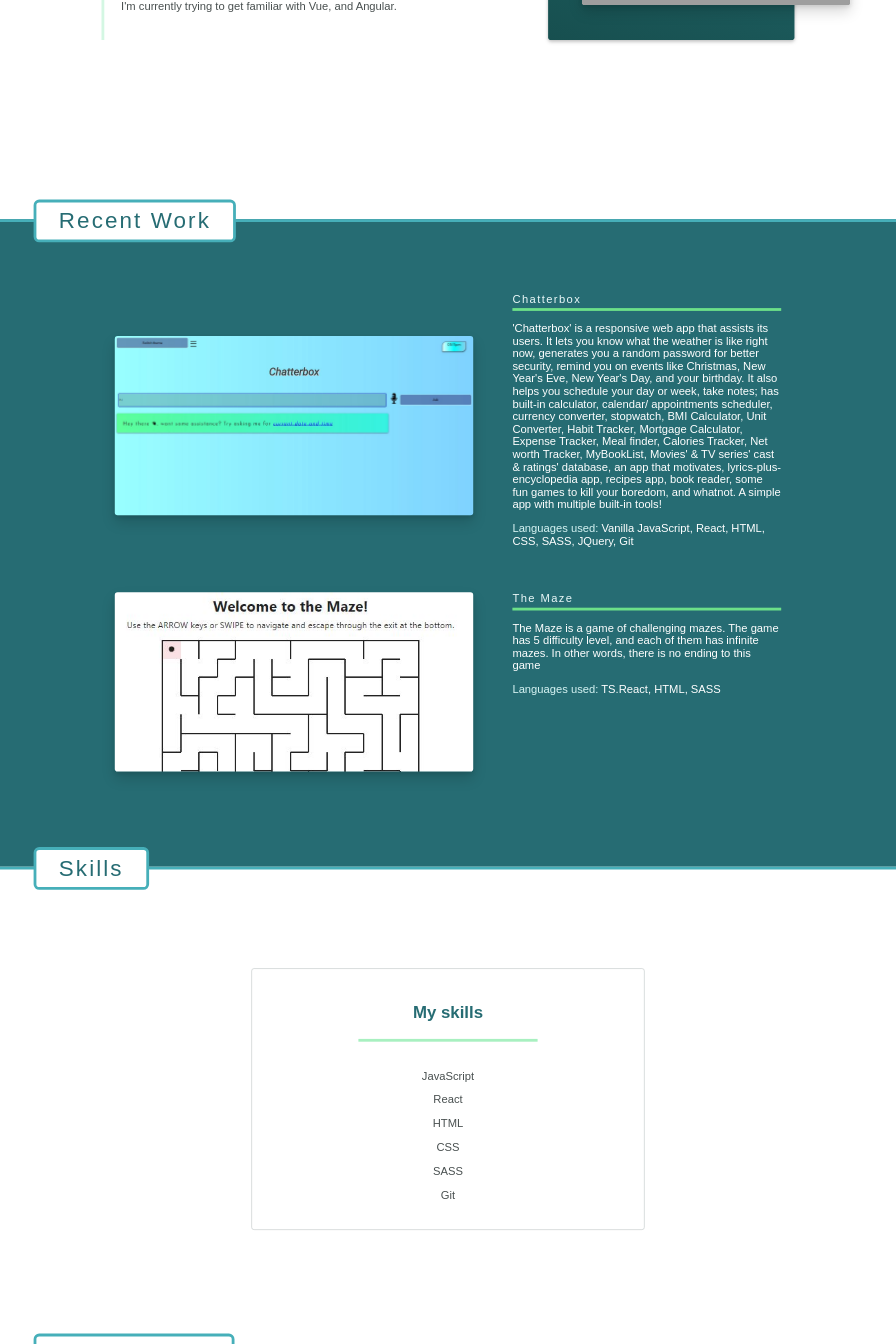
Repository: Abbaskhurram255/port
Page: /
These files come from the project's save history. The page is drawn as it stood at one moment and after the next save; the edit follows.
The browser window is 1280 px wide. The pictures show the part of the page from y = 553 to 2473 px (the page is 2782 px tall), at 70% of full size.
Pictures or frames that could not be fetched are drawn as grey boxes. The page's requests for data from a server got no answer. Some web fonts or font styles are not loaded; a fallback is used. Some web libraries are served in a nearby version. The project was rebuilt for these pictures with package versions that can differ from the ones it lists, and the page was loaded fresh each time. No one was signed in, and anything a server would have sent is missing.

Above is the page before, as saved 2020-12-03 23:20:05.

### public/index.html
<!DOCTYPE html>
<html lang="en">
  <head>
    <meta charset="utf-8" />
    <meta
      name="viewport"
      content="width=device-width, initial-scale=1, shrink-to-fit=no"
    />
    <meta name="theme-color" content="#000000" />
    <meta property="og:title" content="Alex Puth | Portfolio" />
    <meta
      property="og:description"
      content="A portfolio of web applications by Alex Puth"
    />
    <meta property="og:url" content="https://www.abbaskhurram255.github.io/" />
    <meta property="og:image" content="/images/portfolio-home.jpg" />
    <title>Alex Puth | Portfolio</title>
    <link
      href="https://fonts.googleapis.com/css?family=Muli:300,400,600,700"
      rel="stylesheet"
    />
    <link
      rel="stylesheet"
      href="https://use.fontawesome.com/releases/v5.4.2/css/all.css"
      integrity="sha384-/rXc/GQVaYpyDdyxK+ecHPVYJSN9bmVFBvjA/9eOB+pb3F2w2N6fc5qB9Ew5yIns"
      crossorigin="anonymous"
    />
  </head>

  <body>
    <noscript>You need to enable JavaScript to run this app.</noscript>
    <div id="root"></div>
  </body>
</html>

### src/index.tsx
import React from "react";
import ReactDOM from "react-dom";
import App from "./App";
import * as serviceWorker from "./serviceWorker";
import "./styles/styles.scss";

ReactDOM.render(<App />, document.getElementById("root"));

// If you want your app to work offline and load faster, you can change
// unregister() to register() below. Note this comes with some pitfalls.
// Learn more about service workers: http://bit.ly/CRA-PWA
serviceWorker.unregister();

### src/App.tsx
import * as React from "react";
import Contact from "./components/Contact";
import Home from "./components/Home";
import Navbar from "./components/Navbar";
import RecentWork from "./components/RecentWork";
import Skills from "./components/Skills";

class App extends React.Component {
  public render() {
    return (
      <div>
        <Navbar />
        <Home />
        <RecentWork />
        <Skills />
        <Contact />
      </div>
    );
  }
}

export default App;

### src/styles/styles.scss
@import "./base/settings";
@import "./base/base";
@import "./components/navbar";
@import "./components/home";
@import "./components/images";
@import "./components/recent-works";
@import "./components/projects";
@import "./components/project";
@import "./components/skills";
@import "./components/skill";
@import "./components/contact";
@import "./components/social";
@import "./components/section-title";

### src/components/Contact.tsx
import * as React from "react";
import utils from "../utils/constants";
import Social from "./Social";
import Title from "./Title";

const { GITHUB_URL, TWITTER_URL } = utils.social;
const { EMAIL } = utils.contact;

const Contact = () => {
  return (
    <div id="contact" className="contact">
      <Title title="Get in Touch" parentComponent="contact" />
      <div className="contact__social-links">
        <p className="contact__brackets">{"{"}</p>
        <Social socialIcon="fab fa-github" socialUrl={GITHUB_URL} />
        <Social socialIcon="fab fa-twitter" socialUrl={TWITTER_URL} />
        <Social socialIcon="fas fa-envelope" socialUrl={`mailto:${EMAIL}`} />
        <p className="contact__brackets">{"}"}</p>
      </div>
    </div>
  );
};

export default Contact;

### src/components/Home.tsx
import * as React from "react";
import Image from "./Image";
import Text from "./Text";
import Title from "./Title";

const Home = () => {
  return (
    <div className="home">
      <div className="home__text-container">
        <Title
          title="<Alex Puth (aka Khurram) />"
          parentComponent="home"
          subTitle="Front-End Developer"
        />
        <Text parentComponent="home" mobile="" />
      </div>
      <Image
        src="/images/headshot.jpg"
        alt="Headshot of Alex Puth"
        parentComponent="home"
      />
      <Text parentComponent="home" mobile="--mobile" />
    </div>
  );
};

export default Home;

### src/components/Navbar.tsx
import * as React from "react";

interface INavbarState {
  linkClass: string;
  isToggled: boolean;
}

class Navbar extends React.Component {
  public state = {
    isToggled: true,
    linkClass: "navbar__link"
  };

  public toggleNav = () => {
    const { isToggled } = this.state;
    this.setState({ isToggled: !isToggled });
    isToggled
      ? this.setState({ linkClass: "navbar__link--show" })
      : this.setState({ linkClass: "navbar__link" });
  };

  public render() {
    return (
      <div className="navbar">
        <a className="navbar__brand" href="#">
          <p className="navbar__brand-text">AP</p>
        </a>
        <i onClick={this.toggleNav} className="fas fa-bars navbar__hamburger" />
        <div className="navbar__link-box">
          <a className={this.state.linkClass} href="#">
            <p className="navbar__link-text">Home</p>
          </a>

          <a className={this.state.linkClass} href="#recent-works">
            <p className="navbar__link-text">Recent Work</p>
          </a>

          <a className={this.state.linkClass} href="#skills">
            <p className="navbar__link-text">Skills</p>
          </a>

          <a className={this.state.linkClass} href="#contact">
            <p className="navbar__link-text">Contact</p>
          </a>
        </div>
      </div>
    );
  }
}
export default Navbar;

### src/components/RecentWork.tsx
import * as React from "react";
import Projects from "./Projects";
import Title from "./Title";

const RecentWork = () => {
  return (
    <div id="recent-works" className="recent-works">
      <Title title="Recent Work" parentComponent="recent-works" />
      <Projects />
    </div>
  );
};

export default RecentWork;

### src/components/Skills.tsx
import * as React from "react";
import Skill from "./Skill";
import Title from "./Title";

const Skills = () => {
  const technicalSkills: string[] = [
    "JavaScript",
    "React",
    "HTML",
    "CSS",
    "SASS",
    "Git"
  ];

  return (
    <div id="skills" className="skills">
      <Title title={"Skills"} parentComponent="skills" />
      <div className="skills__set-box">
        <Skill title="My skills" skills={technicalSkills} />
      </div>
    </div>
  );
};

export default Skills;

### src/styles/base/_base.scss
html {
  font-size: 62.5%;
  scroll-behavior: smooth;
}

body {
  margin: 0;
  background-color: $white;
}

button {
  cursor: pointer;
}

button:disabled {
  cursor: default;
}

### src/styles/components/images.scss
.home-image-box {
  background: $gradient-1;
  border-radius: $radius-2;
  box-shadow: $shadow-2;
  padding: $size-3;
  @media (min-width: $breakpoint-2) {
    display: block;
    padding: $size-7;
  }
}

.home-image {
  border-radius: $radius-2;
  box-shadow: $shadow-3;
  margin: 0;
  width: 100%;
  @media (min-width: $breakpoint-2) {
    margin-right: -$size-10;
    height: $size-13;
    width: $size-13;
  }
}

### src/styles/components/_recent-works.scss
.recent-works {
  align-items: center;
  background: $primary-7;
  border-top: $size-1 solid $primary-5;
  display: flex;
  flex-direction: column;
  padding-bottom: $size-2;
  @media (min-width: $breakpoint-1) {
    padding-left: 22%;
    padding-right: 22%;
  }
  @media (min-width: $breakpoint-2) {
    padding: 0;
    padding-bottom: $size-8;
  }
}

.recent-works__title-box {
  background: $white;
  border: $size-1 solid $primary-5;
  border-radius: $size-2;
  display: flex;
  flex-direction: column;
  justify-content: center;
  margin-top: -$size-5;
  padding: $size-2;
  @media (min-width: $breakpoint-2) {
    align-self: flex-start;
    margin-left: $size-7;
    margin-top: -$size-6;
    padding: $size-2 $size-6;
  }
}

.recent-works__title {
  color: $primary-7;
  font-family: $header;
  font-size: $size-4;
  font-weight: 400;
  letter-spacing: 0.3rem;
  margin: 0;
  padding: 0;
  @media (min-width: $breakpoint-2) {
    font-size: $size-6;
  }
}

### src/styles/components/_projects.scss
.projects {
  display: flex;
  flex-direction: column;
  justify-content: space-between;
  margin: $size-4 $size-7;
  width: 100%;
  @media (min-width: $breakpoint-2) {
    margin: $size-7;
    width: 100rem;
  }
}

### src/styles/components/_skills.scss
.skills {
  align-items: center;
  border-top: $size-1 solid $primary-5;
  display: flex;
  flex-direction: column;
  padding-bottom: $size-8;
  @media (min-width: $breakpoint-1) {
    padding-left: 20%;
    padding-right: 20%;
  }
  @media (min-width: $breakpoint-2) {
    padding: 0;
    padding-bottom: $size-8;
  }
}

.skills__title-box {
  background: $white;
  border: $size-1 solid $primary-5;
  border-radius: $size-2;
  display: flex;
  flex-direction: column;
  justify-content: center;
  margin-top: -$size-5;
  padding: $size-2;
  @media (min-width: $breakpoint-2) {
    align-self: flex-start;
    margin-left: $size-7;
    margin-top: -$size-6;
    padding: $size-2 $size-6;
  }
}

.skills__title {
  color: $primary-7;
  font-family: $header;
  font-size: $size-4;
  font-weight: 400;
  letter-spacing: 0.3rem;
  margin: 0;
  padding: 0;
  @media (min-width: $breakpoint-2) {
    font-size: $size-6;
  }
}

.skills__set-box {
  display: flex;
  flex-direction: column;
  justify-content: space-around;
  margin: 0;
  width: 100%;
  @media (min-width: $breakpoint-2) {
    flex-direction: row;
    margin: $size-9 $size-7;
    width: 100rem;
  }
}

### src/styles/components/_skill.scss
.skill {
  align-items: center;
  border: 1px solid $gray-3;
  border-radius: $radius-2;
  display: flex;
  flex-direction: column;
  margin: $size-4 auto;
  padding: $size-5;
  width: 80%;
  @media (min-width: $breakpoint-2) {
    margin: $size-4;
    padding: $size-5;
    width: $size-14;
  }
}

.skill__title-box {
  border-bottom: $size-1 solid $secondary-3;
  display: flex;
  justify-content: center;
  padding: 0;
  width: 100%;
  @media (min-width: $breakpoint-2) {
    width: $size-12;
  }
}

.skill__title {
  color: $primary-7;
  font-family: $text;
  font-size: $size-4;
  @media (min-width: $breakpoint-2) {
    font-size: $size-5;
  }
}

.skill__box {
  padding-top: $size-5;
  width: 100%;
}

.skill__name {
  color: $gray-7;
  font-family: $text;
  font-size: $size-4;
  text-align: center;
}

### src/styles/components/_contact.scss
.contact {
  align-items: center;
  border-top: $size-1 solid $primary-5;
  display: flex;
  flex-direction: column;
  background: #266c73;
}

.contact__title-box {
  background: $white;
  border: $size-1 solid $primary-5;
  border-radius: $size-2;
  display: flex;
  flex-direction: column;
  justify-content: center;
  margin-top: -$size-5;
  padding: $size-2 $size-6;
  @media (min-width: $breakpoint-2) {
    align-self: flex-start;
    margin-left: $size-7;
    margin-top: -$size-6;
  }
}

.contact__title {
  color: $primary-7;
  font-family: $header;
  font-size: $size-4;
  font-weight: 400;
  letter-spacing: 0.3rem;
  margin: 0;
  padding: 0;
  @media (min-width: $breakpoint-2) {
    font-size: $size-6;
  }
}

.contact__social-links {
  display: flex;
  margin: $size-8 0 $size-9 0;
}

.contact__brackets {
  color: $secondary-3;
  font-family: $text;
  font-size: $size-8;
  font-weight: 300;
  line-height: 0.5;
  margin: 0 $size-4;
  padding: 0;
  @media (min-width: $breakpoint-2) {
    display: block;
    font-size: $size-10;
  }
}

### src/styles/components/_social.scss
.social {
  color: $primary-5;
  font-size: $size-5;
  margin: $size-3;
  outline: none;
  transition-property: color, transform;
  transition-duration: 0.1s;
  transition-timing-function: ease;
  @media (min-width: $breakpoint-2) {
    font-size: $size-7;
    margin: $size-5;
  }
}

.social:hover,
.social:focus {
  color: $primary-6;
  transform: scale(1.2);
}

### src/styles/components/_section-title.scss
.section-title__box {
  align-self: flex-start;
  background: $white;
  border: $size-1 solid $primary-8;
  border-radius: $size-2;
  display: flex;
  flex-direction: column;
  justify-content: center;
  margin: -$size-6 0 0 $size-7;
  padding: $size-2 $size-6;
}

.section-title {
  color: $primary-7;
  font-family: $header;
  font-size: $size-6;
  font-weight: 400;
  letter-spacing: 0.3rem;
  margin: 0;
  padding: 0;
}

### src/utils/constants.ts
export default {
  contact: {
    EMAIL: process.env.REACT_APP_EMAIL || "abbaskhuram255@gmail.com"
  },
  social: {
    GITHUB_URL:
      process.env.REACT_APP_GITHUB_URL || "https://github.com/abbaskhurram255",
    TWITTER_URL:
      process.env.REACT_APP_TWITTER_URL || "https://twitter.com/alexputh255",
  }
};

### src/components/Social.tsx
import * as React from "react";

interface ISocialProps {
  socialIcon: string;
  socialUrl: string;
}

const Social = (props: ISocialProps) => {
  const { socialIcon, socialUrl } = props;
  return (
    <a
      href={socialUrl}
      rel="noopener noreferrer"
      className="social"
      target="_blank"
    >
      <i className={socialIcon} />
    </a>
  );
};

export default Social;

### src/components/Title.tsx
import * as React from "react";

interface ITitleProps {
  title: string;
  parentComponent: string;
  subTitle?: string;
}

const Title = (props: ITitleProps) => {
  const { title, subTitle, parentComponent: component } = props;
  return (
    <div className={`${component}__title-box`}>
      <h1 className={`${component}__title`}>{title}</h1>
      {subTitle && <h2 className={`${component}__subtitle`}>{subTitle}</h2>}
    </div>
  );
};

export default Title;

### src/components/Image.tsx
import * as React from "react";

interface IImageProps {
  src: string;
  alt: string;
  parentComponent: string;
}

const Image = (props: IImageProps) => {
  const { src, alt, parentComponent: component } = props;
  return (
    <div className={`${component}-image-box`}>
      <img src={`/Portfolio${src}`} alt={alt} className={`${component}-image`} />
    </div>
  );
};

export default Image;

### src/components/Text.tsx
import * as React from "react";

interface ITextProps {
  parentComponent: string;
  mobile: string;
}

const Text = (props: ITextProps) => {
  const { parentComponent: component, mobile } = props;
  return (
    <div className={`${component}__text-box${mobile}`}>
      <p className={`${component}__text`}>
        Hi, my name is Alex, and I'm a frontend developer. I love using
        functional programming concepts in JavaScript and building web
        applications with it. I'm a coding enthusiast. I've been creating web
        applications since I was 13 - I'm 19 now. It's been my hobby
        since I was a kid, the programming. {" "}
      </p>
      <p className={`${component}__text`}>I'm currently
        trying to get familiar with Vue, and Angular.</p>
    </div>
  );
};

export default Text;

### src/components/Projects.tsx
import * as React from "react";
import { projects } from "../utils/data";
import Project from "./Project";

const Projects = () => (
  <div className="projects">
    {projects.map(project => (
      <Project
        project={project.name}
        projectDescription={project.description}
        projectSourceCode={project.sourceCode}
        projectTools={project.tools}
        projectUrl={project.url}
        image={project.image}
        key={project.name}
      />
    ))}
  </div>
);

export default Projects;

### src/components/Skill.tsx
import * as React from "react";

interface ISkillProps {
  skills: string[];
  title: string;
}

const DeveloperSkills = (props: ISkillProps) => {
  const { skills, title } = props;
  return (
    <div className="skill">
      <div className="skill__title-box">
        <h3 className="skill__title">{title}</h3>
      </div>
      <div className="skill__box">
        {skills.map((skill: string) => (
          <p className="skill__name" key={skill}>
            {skill}
          </p>
        ))}
      </div>
    </div>
  );
};

export default DeveloperSkills;

### src/utils/data.ts

interface IProject {
  description: string;
  image: string;
  name: string;
  sourceCode: string;
  tools: string;
  url: string;
}

export const projects: IProject[] = [
  {
    description:
      "'Chatterbox' is a responsive web app that assists its users. It lets you know what the weather is like right now, generates you a random password for better security, remind you on events like Christmas, New Year's Eve, New Year's Day, and your birthday. It also helps you schedule your day or week, take notes; has built-in calculator, calendar/ appointments scheduler, currency converter, stopwatch, BMI Calculator, Unit Converter, Habit Tracker, Mortgage Calculator, Expense Tracker, Meal finder, Calories Tracker, Net worth Tracker, MyBookList, Movies' & TV series' cast & ratings' database, an app that motivates, lyrics-plus-encyclopedia app, recipes app, book reader, some fun games to kill your boredom, and whatnot. A simple app with multiple built-in tools!",
    image: "meal to list",
    name: "Chatterbox",
    sourceCode: "https://github.com/Abbaskhurram255/Chatterbox/",
    tools: "Vanilla JavaScript, React, HTML, CSS, SASS, JQuery, Git",
    url: "https://abbaskhurram255.github.io/Chatterbox/getting-started"
  },
  {
    description:
      "The Maze is a game of challenging mazes. The game has 5 difficulty level, and each of them has infinite mazes. In other words, there is no ending to this game",
    image: "maze",
    name: "The Maze",
    sourceCode: "https://github.com/Abbaskhurram255/maze/",
    tools: "TS.React, HTML, SASS",
    url: "https://alexs-maze-game.netlify.app"
  }
];

Loaded but not shown: src/serviceWorker.ts (common file); src/styles/components/_project.scss (148 lines, source omitted); src/styles/base/_settings.scss (89 lines, source omitted); src/styles/components/_navbar.scss (137 lines, source omitted); src/components/Project.tsx (85 lines, source omitted); src/styles/components/_home.scss (114 lines, source omitted)

After the next save:
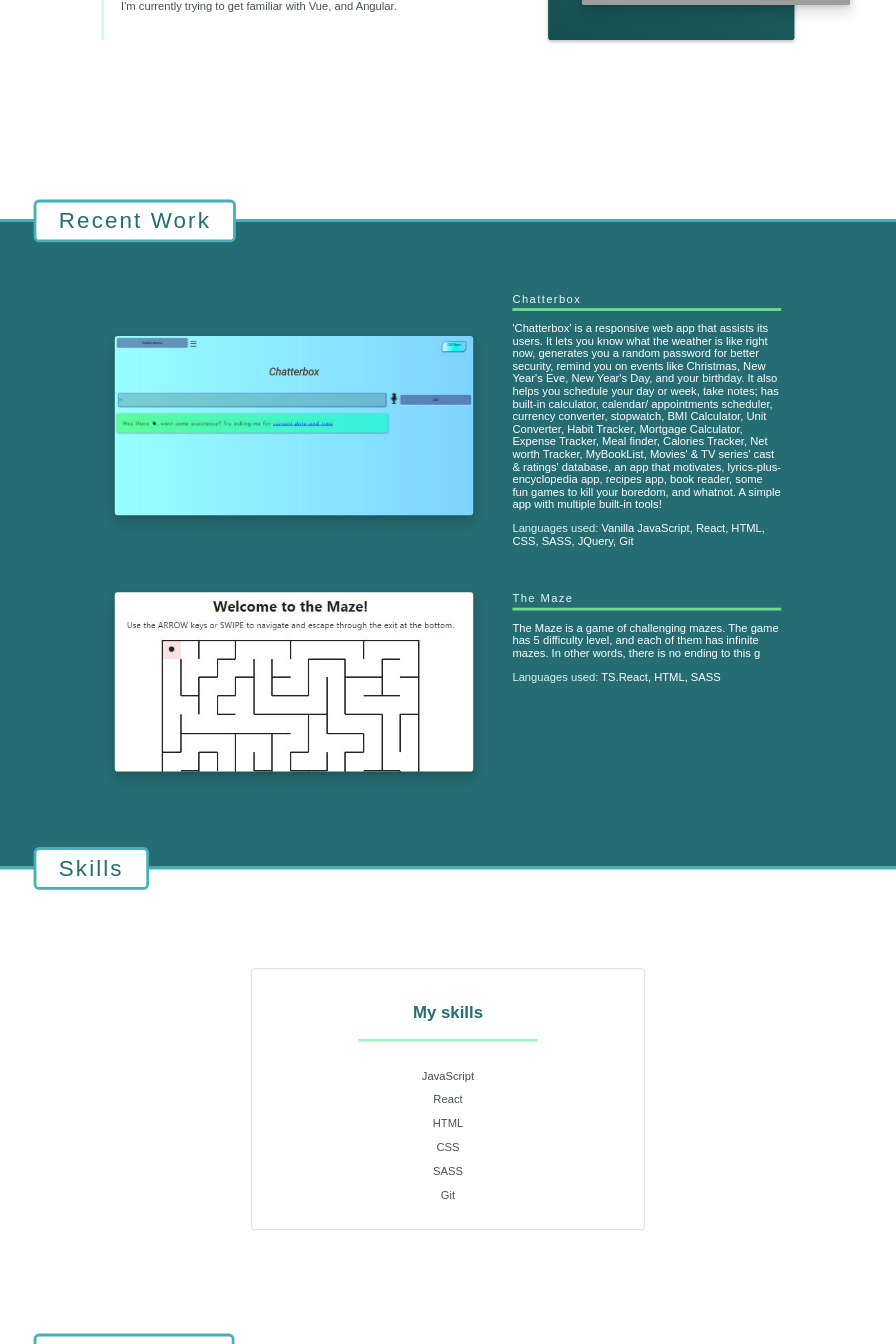
Saved 7 s later.
--- a/src/utils/data.ts
+++ b/src/utils/data.ts
@@ -20,7 +20,7 @@
   },
   {
     description:
-      "The Maze is a game of challenging mazes. The game has 5 difficulty level, and each of them has infinite mazes. In other words, there is no ending to this game",
+      "The Maze is a game of challenging mazes. The game has 5 difficulty level, and each of them has infinite mazes. In other words, there is no ending to this g",
     image: "maze",
     name: "The Maze",
     sourceCode: "https://github.com/Abbaskhurram255/maze/",

After the save that followed:
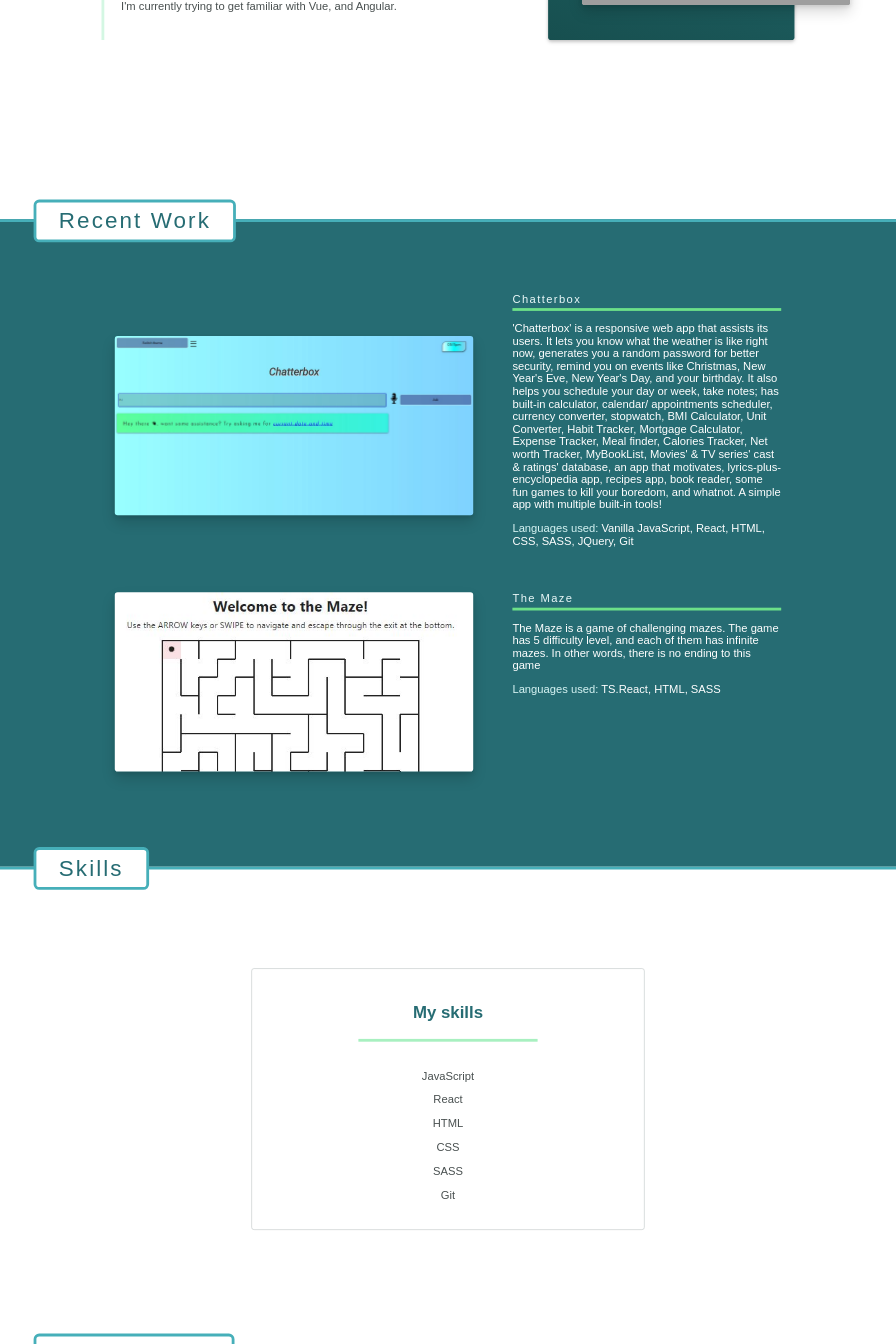
Saved 8 s later.
--- a/src/utils/data.ts
+++ b/src/utils/data.ts
@@ -20,7 +20,7 @@
   },
   {
     description:
-      "The Maze is a game of challenging mazes. The game has 5 difficulty level, and each of them has infinite mazes. In other words, there is no ending to this g",
+      "The Maze is a game of challenging mazes. The game has 5 difficulty level, and each of them has infinite mazes. In other words, there is no ending to this game",
     image: "maze",
     name: "The Maze",
     sourceCode: "https://github.com/Abbaskhurram255/maze/",
